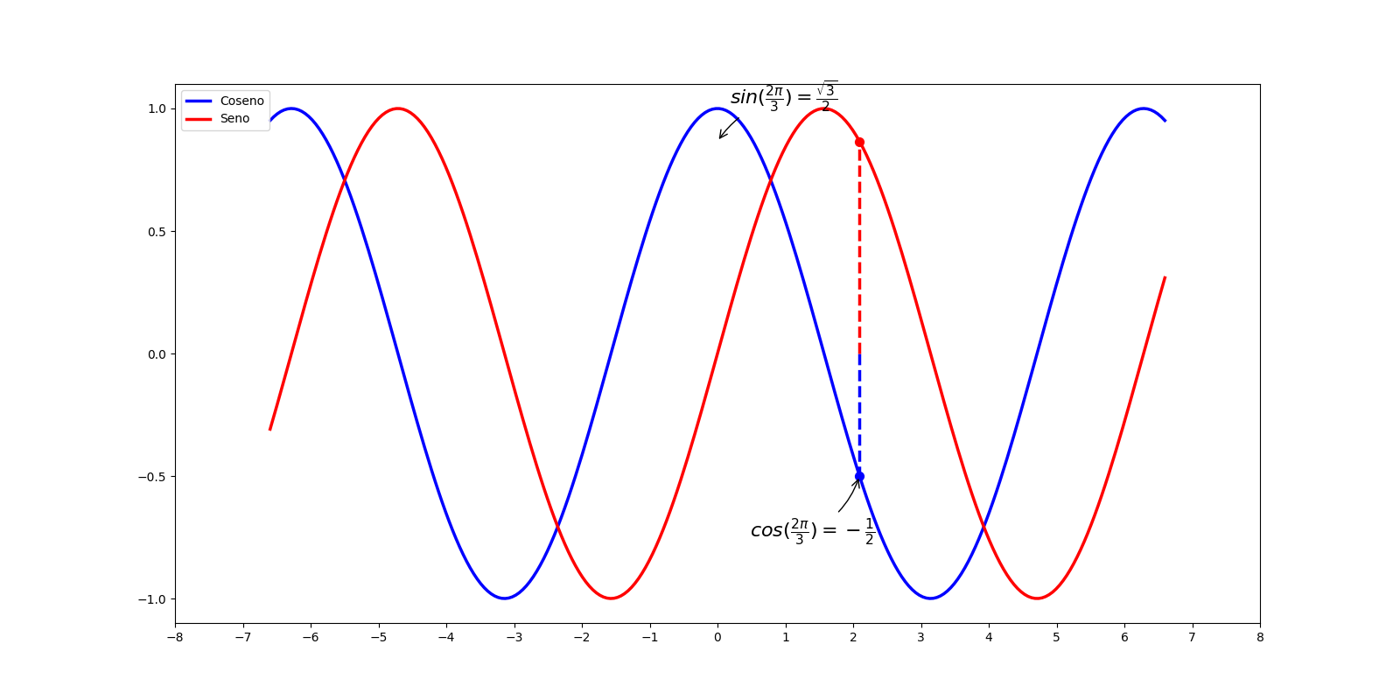
Repository: Jaamunozr/Archivos-python
Script's output: python Archivos Python/Graficas/ejecutable.py
These files come from the project's save history. The script's output is drawn as it stood at one moment and after the next save; the edit follows.
Figures wider than 1,400 px are first shrunk to that width. Animations are shown at an early frame. Random numbers start from a fixed seed.

Above is the script's output before, as saved 2020-02-16 21:50:35.

### Archivos Python/Graficas/ejecutable.py
import pylab as pl
import numpy as np

# Crear una figura de 8x6 puntos de tamaño, 80 puntos por pulgada (Se modifica a 16x8)
pl.figure(figsize=(16, 8), dpi=100)

# Crear una nueva subgráfica en una rejilla de 1x1 (se podrian crean una de dos graficas en una reijlla)
pl.subplot(1, 1, 1)
# Obtencion de datos para seno y coseno (Desde -2pi hasta 2pi)
X = np.linspace(-2.1*np.pi, 2.1*np.pi, 256, endpoint=True) #el numero 256 es la cantidad de datos en ese intervalo
C, S = np.cos(X), np.sin(X)

# Graficar la función coseno con una línea continua azul de 1 pixel de grosor
pl.plot(X, C, color="blue", linewidth=1.0, linestyle="-")

# Graficar la función seno con una línea continua verde de 1 pixel de grosor
pl.plot(X, S, color="green", linewidth=1.0, linestyle="-")

# Establecer límites del eje x (Divisiones en X)
pl.xlim(-8.0, 8.0)

# Ticks en x(Impresión de intervalos, cantidad de datos mostrados en el eje)
pl.xticks(np.linspace(-8, 8, 17, endpoint=True))

# Establecer límites del eje y (Divisiones en Y)
pl.ylim(-1.0, 1.0)

# Ticks en y (Impresión de intervalos, cantidad de datos mostrados en el eje)
pl.yticks(np.linspace(-1, 1, 5, endpoint=True))

'''Otra opcion de determinar los limites a imprimir
pl.xticks([-np.pi, -np.pi/2, 0, np.pi/2, np.pi])
pl.yticks([-1, 0, +1]) '''
#AGREGAR LINEAS DE EJES Y QUITAR EL RECUADRO:
'''
ax = pl.gca()
ax.spines['right'].set_color('none')
ax.spines['top'].set_color('none')
ax.xaxis.set_ticks_position('bottom')
ax.spines['bottom'].set_position(('data',0))
ax.yaxis.set_ticks_position('left')
ax.spines['left'].set_position(('data',0))'''

# Guardar la figura usando 72 puntos por pulgada
# savefig("exercice_2.png", dpi=72)

#Indicamos los espacios entre los bordes de grafica y las graficas
#pl.xlim(X.min() * 1.1, X.max() * 1.1)
pl.ylim(C.min() * 1.1, C.max() * 1.1)

#AGREGRA UNA LEYENDA
pl.plot(X, C, color="blue", linewidth=2.5, linestyle="-", label="Coseno")
pl.plot(X, S, color="red",  linewidth=2.5, linestyle="-", label="Seno")
pl.legend(loc='upper left')

#AGREGRA UNA ANOTACION EN UN PUNTO CONOCIDO
t = 2 * np.pi / 3
#Para coseno
pl.plot([t, t], [0, np.cos(t)], color='blue', linewidth=2.5, linestyle="--")
pl.scatter([t, ], [np.cos(t), ], 50, color='blue')
pl.annotate(r'$sin(\frac{2\pi}{3})=\frac{\sqrt{3}}{2}$',#DATOS A IMPRIMIR DEL TEXTO
            xy=(0, np.sin(t)), xycoords='data',
            xytext=(+10, +30), textcoords='offset points', fontsize=16,#INDICAN POSICION DEL TEXTO
            arrowprops=dict(arrowstyle="->", connectionstyle="arc3,rad=.2")) #DIRECCION DE LA FLECHA
#Para seno
pl.plot([t, t],[0, np.sin(t)], color='red', linewidth=2.5, linestyle="--")
pl.scatter([t, ],[np.sin(t), ], 50, color='red')
pl.annotate(r'$cos(\frac{2\pi}{3})=-\frac{1}{2}$',
            xy=(t, np.cos(t)), xycoords='data',
            xytext=(-90, -50), textcoords='offset points', fontsize=16,
            arrowprops=dict(arrowstyle="->", connectionstyle="arc3,rad=.2"))#DIRECCION DE LA FLECHA




# Mostrar resultado en pantalla (Con 2 segundos de muestreo)
pl.pause(10)

After the next save:
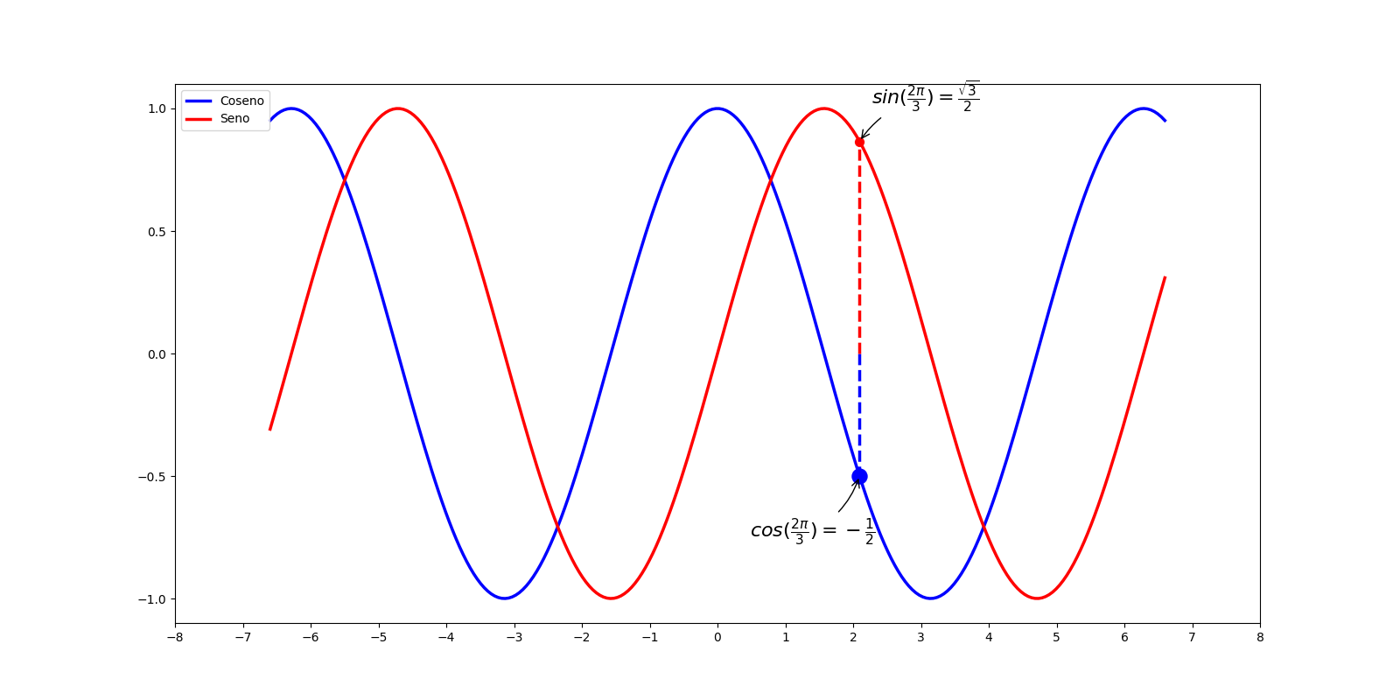
Saved 3 min 32 s later.
--- a/Archivos Python/Graficas/ejecutable.py
+++ b/Archivos Python/Graficas/ejecutable.py
@@ -55,14 +55,14 @@ pl.legend(loc='upper left')
 
 #AGREGRA UNA ANOTACION EN UN PUNTO CONOCIDO
 t = 2 * np.pi / 3
-#Para coseno
+#Para coseno------------------------------------------------------------------------------------
 pl.plot([t, t], [0, np.cos(t)], color='blue', linewidth=2.5, linestyle="--")
-pl.scatter([t, ], [np.cos(t), ], 50, color='blue')
+pl.scatter([t, ], [np.cos(t), ], 150, color='blue')
 pl.annotate(r'$sin(\frac{2\pi}{3})=\frac{\sqrt{3}}{2}$',#DATOS A IMPRIMIR DEL TEXTO
-            xy=(0, np.sin(t)), xycoords='data',
+            xy=(t, np.sin(t)), xycoords='data', #COORDENADAS DE REFERENCIA PARA LA FLECHA Y EL TEXTO
             xytext=(+10, +30), textcoords='offset points', fontsize=16,#INDICAN POSICION DEL TEXTO
             arrowprops=dict(arrowstyle="->", connectionstyle="arc3,rad=.2")) #DIRECCION DE LA FLECHA
-#Para seno
+#Para seno--------------------------------------------------------------------------------------
 pl.plot([t, t],[0, np.sin(t)], color='red', linewidth=2.5, linestyle="--")
 pl.scatter([t, ],[np.sin(t), ], 50, color='red')
 pl.annotate(r'$cos(\frac{2\pi}{3})=-\frac{1}{2}$',
